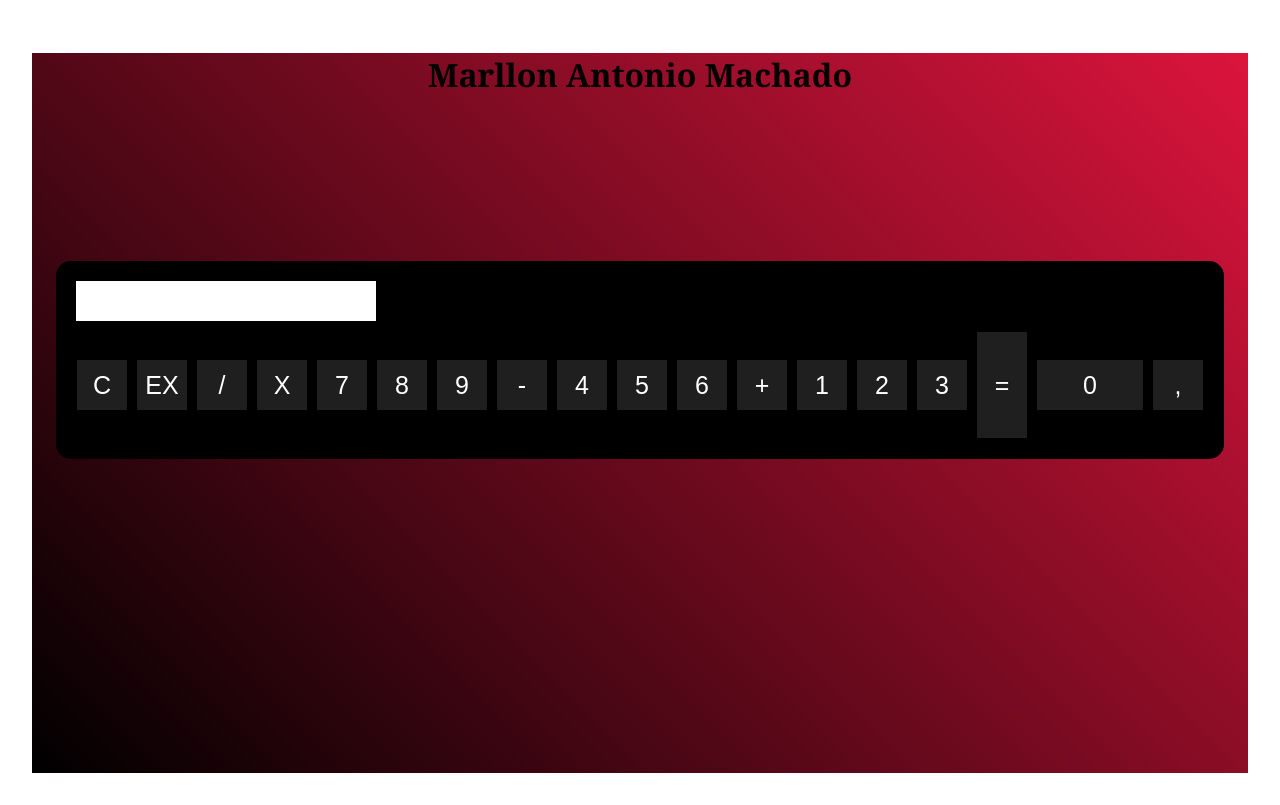
Repository: marllon-hetzler/calculadora.js
Page: interface.html
The author's editor kept a copy of each file at every save. The page is drawn from the files as they stood at one save, then again after the next save.
The browser window is 1280 px wide. The pictures show the whole page.

Above is the page before, as saved 2022-11-04 19:53:23.

After the next save:
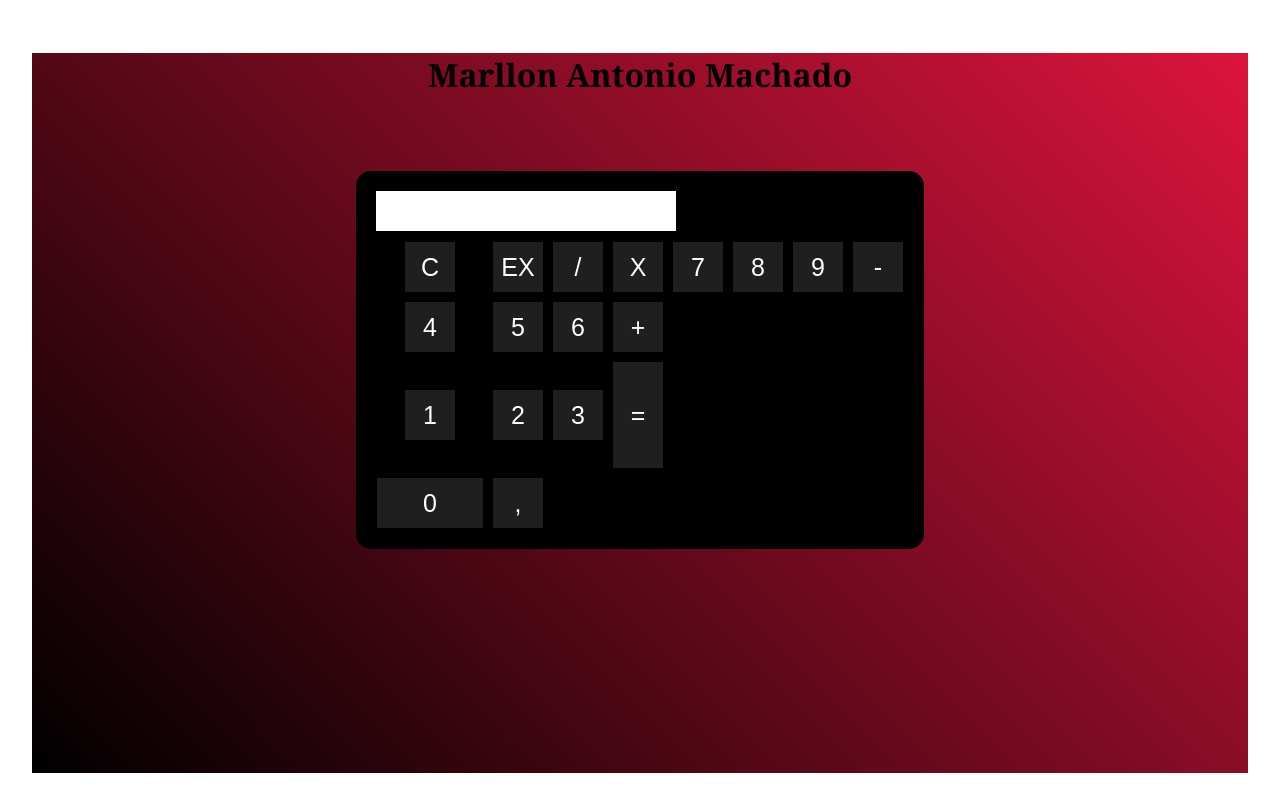
Saved 10 s later.
--- a/interface.html
+++ b/interface.html
@@ -78,17 +78,20 @@
                 <td><button class ="botao" onclick="insert('8')">8</button></td>
                 <td><button class ="botao" onclick="insert('9')">9</button></td>
                 <td><button class ="botao" onclick="insert('-')">-</button></td>
-
+            </tr>
+            <tr>
                 <td><button class ="botao" onclick="insert('4')">4</button></td>
                 <td><button class ="botao" onclick="insert('5')">5</button></td>
                 <td><button class ="botao" onclick="insert('6')">6</button></td>
                 <td><button class ="botao" onclick="insert('+')">+</button></td>
-
+            </tr>
+            <tr>
                 <td><button class ="botao" onclick="insert('1')">1</button></td>
                 <td><button class ="botao" onclick="insert('2')">2</button></td>
                 <td><button class ="botao" onclick="insert('3')">3</button></td>
                 <td><button class ="botao" style="height:106px;" onclick="calcular()">=</button></td>
-
+            </tr>
+            <tr>
                 <td><button class ="botao" style="width:106px ;" onclick="insert('0')">0</button></td>
                 <td><button class ="botao" onclick="insert(',')">,</button></td>
             </tr>
